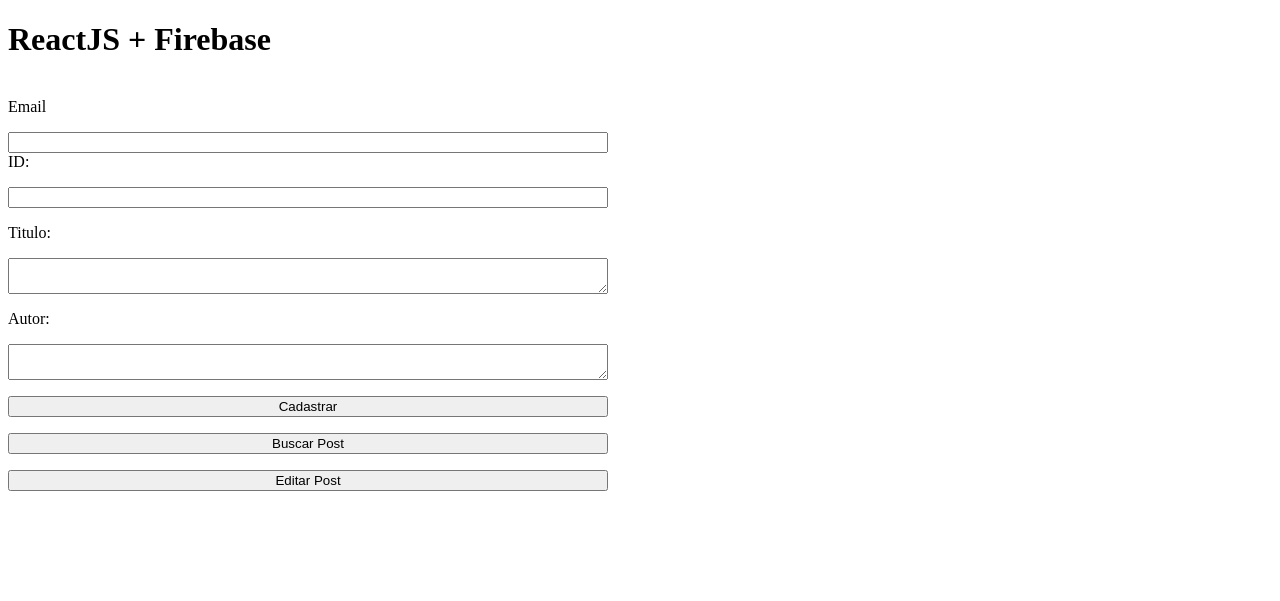
Repository: joaoaspimienta/Estudos-de-firebase
Page: /
An editor plug-in stored every save of this project. The page is shown before and after the next save, followed by the edit.
The browser window is 1280 px wide. The pictures show the whole page.
The page's requests for data from a server got no answer. The project was rebuilt for these pictures with package versions that can differ from the ones it lists, and the page was loaded fresh each time. No one was signed in, and anything a server would have sent is missing.

Above is the page before, as saved 2022-06-13 09:18:34.

### src/App.js
import { useEffect, useState } from "react";
import firebase from "./firebaseConnection";
import "./style.css";

function App() {
  const [idPost, setIdPost] = useState("");
  const [titulo, setTitulo] = useState("");
  const [autor, setAutor] = useState("");
  const [email, setEmail] = useState("");
  const [senha, setSenha] = useState("");
  const [posts, setPosts] = useState([]);

  useEffect(() => {
    async function loadPosts() {
      await firebase
        .firestore()
        .collection("posts")
        .onSnapshot((doc) => {
          let meusPosts = [];

          doc.forEach((item) => {
            meusPosts.push({
              id: item.id,
              titulo: item.data().titulo,
              autor: item.data().autor,
            });
          });
          setPosts(meusPosts);
        });
    }
    loadPosts();
  }, []);

  async function handleAdd() {
    await firebase
      .firestore()
      .collection("posts")
      .add({
        titulo: titulo,
        autor: autor,
      })
      .then(() => {
        alert("Dados cadastrados com sucesso!");
        setTitulo("");
        setAutor("");
      })
      .catch((error) => {
        alert("GEROU ALGUM ERRO: " + error);
      });
  }
  /*  async function handleAdd(){
    await firebase.firestore().collection('posts')
    .doc('12345')
    .set({
      titulo: titulo,
      autor: autor,
    })
    .then(()=>{
      alert('Dados cadastrados com sucesso!')
    })
    .catch((error)=>{
      alert('GEROU ALGUM ERRO: ' + error)
    })
  } */

  async function buscaPost() {
    await firebase
      .firestore()
      .collection("posts")
      .get()
      .then((snapshot) => {
        let lista = [];

        snapshot.forEach((doc) => {
          lista.push({
            id: doc.id,
            titulo: doc.data().titulo,
            autor: doc.data().autor,
          });
        });
        setPosts(lista);
      })
      .catch();

    /*     await firebase.firestore().collection('posts')
    .doc('tuTKEq4Gtc2iEI9BXEGe')
    .get()
    .then((snapshot)=>{
      setTitulo(snapshot.data().titulo)
      setAutor(snapshot.data().autor)
    })
    .catch(()=>{
      console.log('Deu algum erro')
    }) */
  }

  async function editarPost() {
    await firebase
      .firestore()
      .collection("posts")
      .doc(idPost)
      .update({
        titulo: titulo,
        autor: autor,
      })
      .then(() => {
        console.log("dados editados com sucesso");
        setIdPost("");
        setTitulo("");
        setAutor("");
      })
      .catch(() => {
        console.log("deu merda");
      });
  }

  async function excluirPost(id) {
    await firebase
      .firestore()
      .collection("posts")
      .doc(id)
      .delete()
      .then(() => {
        console.log("este post foi excluido");
      });
  }

  return (
    <div>
      <h1>ReactJS + Firebase</h1>
      <br />

      <div className="container">
        <label>Email</label>
        <input
          type="text"
          value={email}
          onChange={(e) => setEmail(e.target.value)}
        />
      </div>

      <div className="container">
        <label>ID:</label>
        <input
          type="text"
          value={idPost}
          onChange={(e) => setIdPost(e.target.value)}
        />
        <label>Titulo: </label>
        <textarea
          type="text"
          value={titulo}
          onChange={(e) => setTitulo(e.target.value)}
        />
        <label>Autor: </label>
        <textarea
          type="text"
          value={autor}
          onChange={(e) => setAutor(e.target.value)}
        />
        <button onClick={handleAdd}>Cadastrar</button>
        <button onClick={buscaPost}>Buscar Post</button>
        <button onClick={editarPost}>Editar Post</button>
        <ul>
          {posts.map((post) => {
            return (
              <li key={post.id}>
                <span>ID: {post.id}</span>
                <br />
                <span>Titulo: {post.titulo}</span> <br />
                <span>Autor: {post.autor}</span> <br />
                <button onClick={() => excluirPost(post.id)}>
                  Excluir post
                </button>
                <br />
                <br />
              </li>
            );
          })}
        </ul>
      </div>
    </div>
  );
}

export default App;

### src/firebaseConnection.js
import firebase from 'firebase/app'
import 'firebase/firestore'

let firebaseConfig = {
  apiKey: "AIzaSyBM8zXTuMB9OuHMgazGoDHqoWQcRxFFhw8",
  authDomain: "react-zero-ao-avancado.firebaseapp.com",
  projectId: "react-zero-ao-avancado",
  storageBucket: "react-zero-ao-avancado.appspot.com",
  messagingSenderId: "829524555310",
  appId: "1:829524555310:web:21abf5fa7f77d62df511bf",
  measurementId: "G-5HZY1965W8"
};

if(!firebase.apps.length){
  firebase.initializeApp(firebaseConfig)
}

export default firebase;

### src/style.css
.container{
  width: 600px;
  display: flex;
  flex-direction: column;
  gap: 1rem;
}

Loaded but not shown: public/index.html (common file); src/index.js (common file)

After the next save:
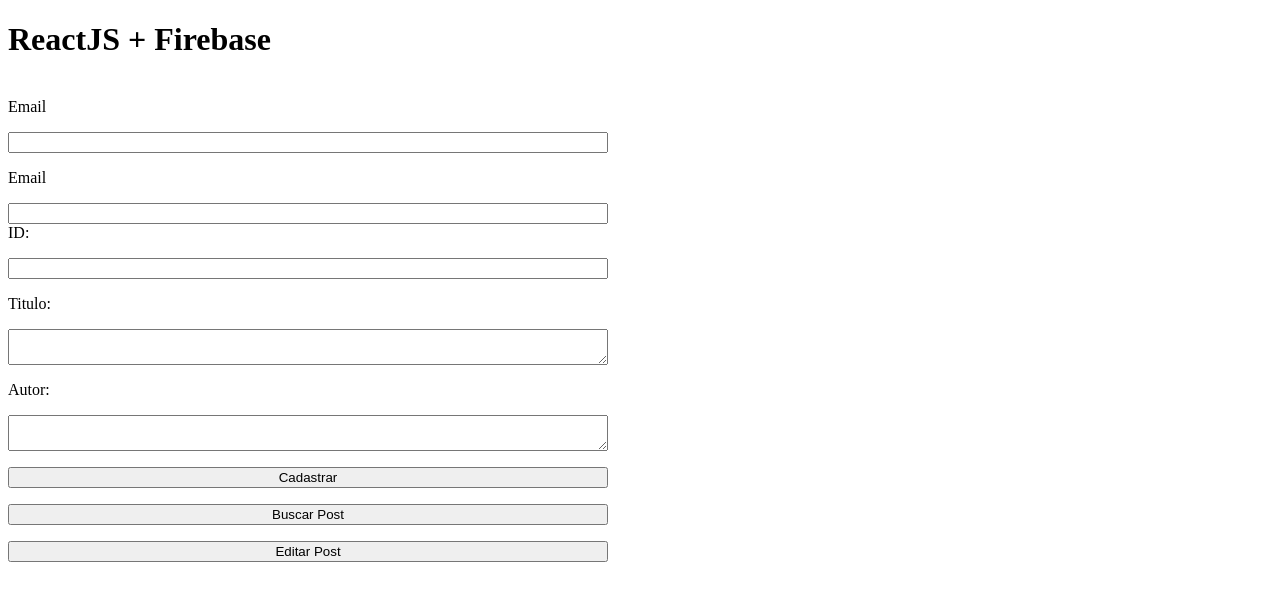
Saved 36 s later.
--- a/src/App.js
+++ b/src/App.js
@@ -137,6 +137,12 @@
           value={email}
           onChange={(e) => setEmail(e.target.value)}
         />
+        <label>Email</label>
+        <input
+          type="text"
+          value={email}
+          onChange={(e) => setEmail(e.target.value)}
+        />
       </div>
 
       <div className="container">
